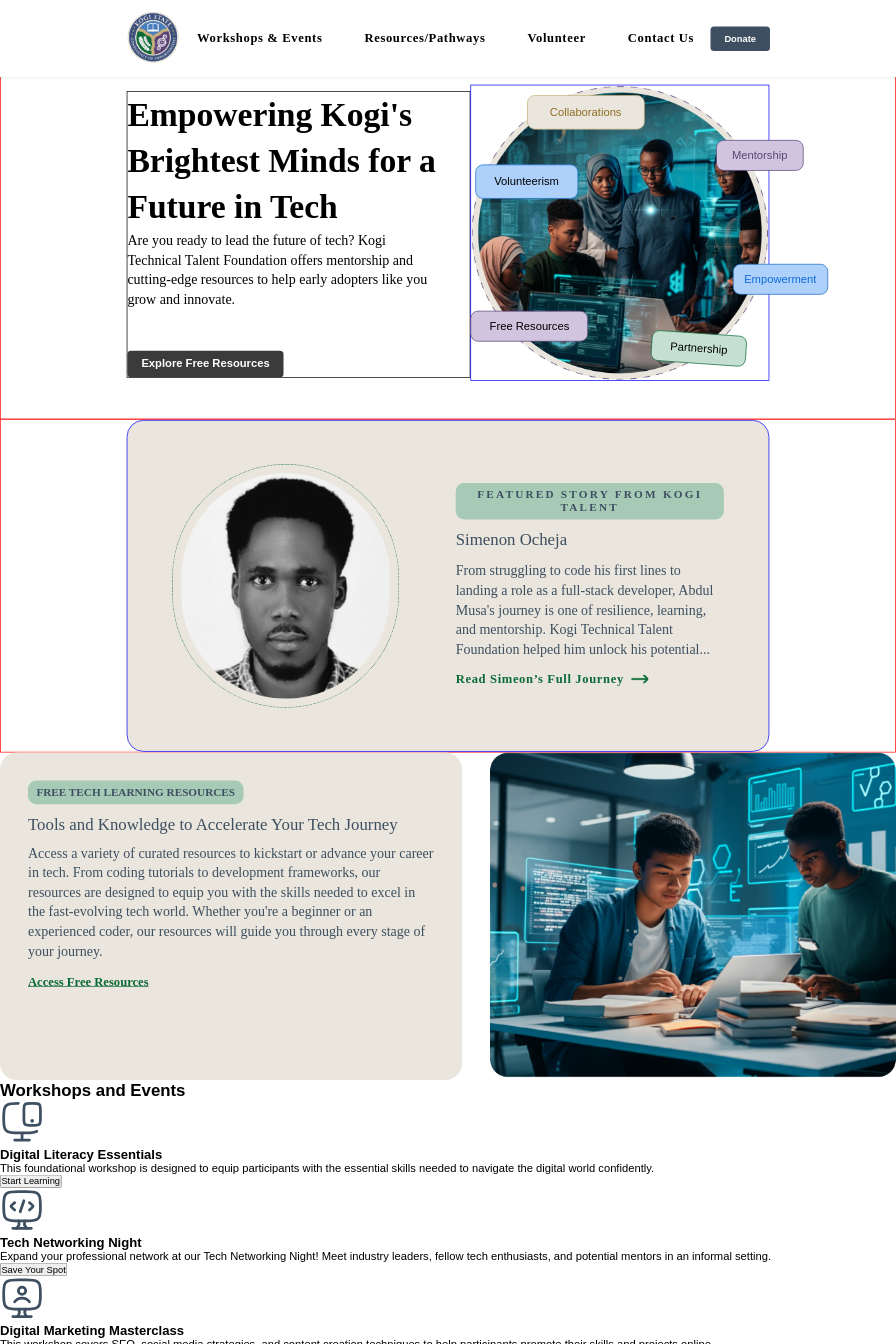
Repository: Cryptim/3MTT-Kogi-Foundation
Page: index.html
An editor plug-in stored every save of this project. The page is shown before and after a run of saves, followed by the edit.
The browser window is 1280 px wide. The pictures show the part of the page from y = 0 to 1920 px (the page is 5055 px tall), at 70% of full size.

Above is the page before, as saved 2024-11-15 01:55:58.

After the next 2 saves:
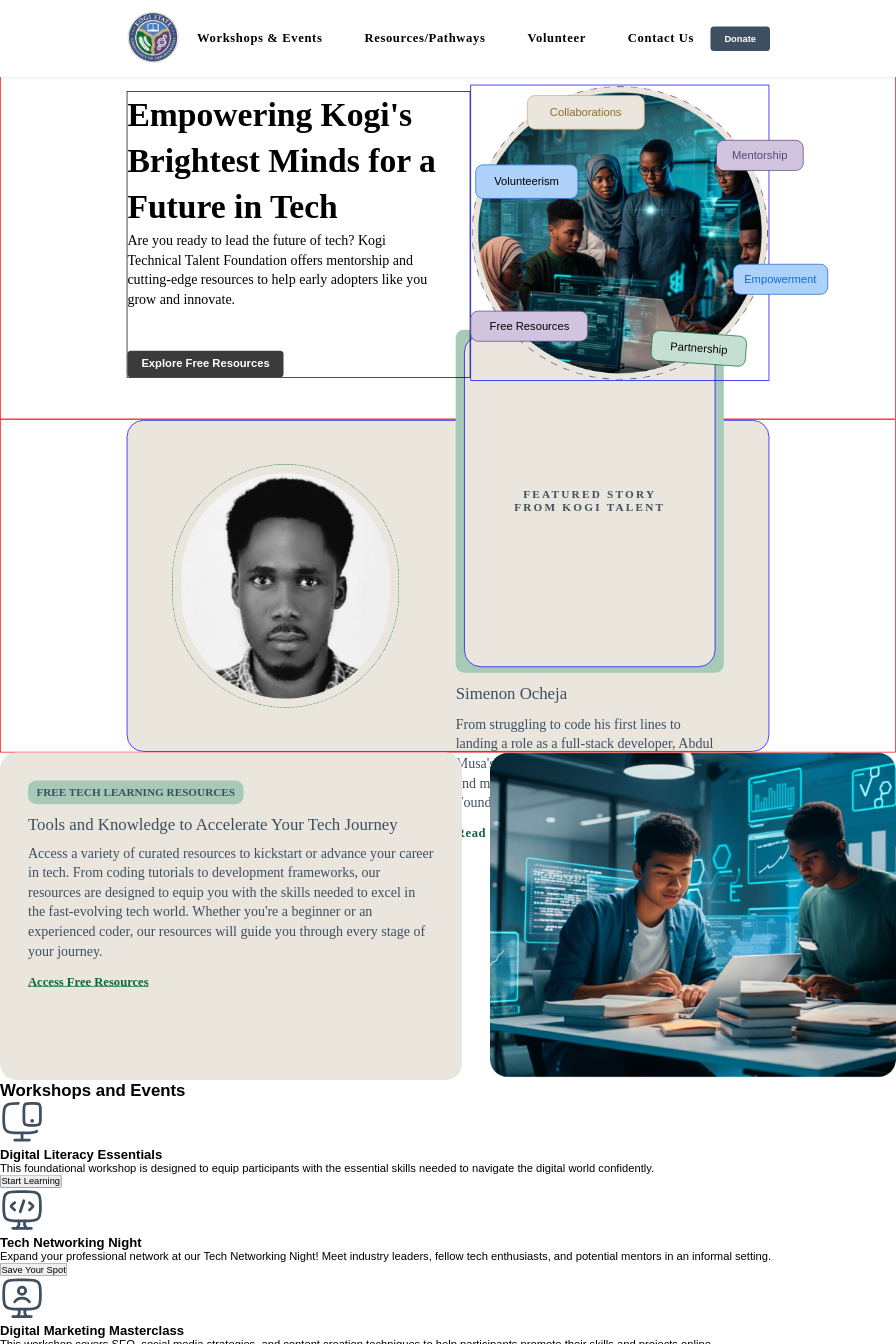
The 2 saves are shown as one change because they came seconds apart.
The last was saved 6 s later.
--- a/index.html
+++ b/index.html
@@ -64,7 +64,7 @@
           <div class="featuredStoryTextContainer"
 
           >
-            <span class=""
+            <span class="featuredStory"
               style="
                 color: #3d4f60;
                 font-size: 16px;

After the save that followed:
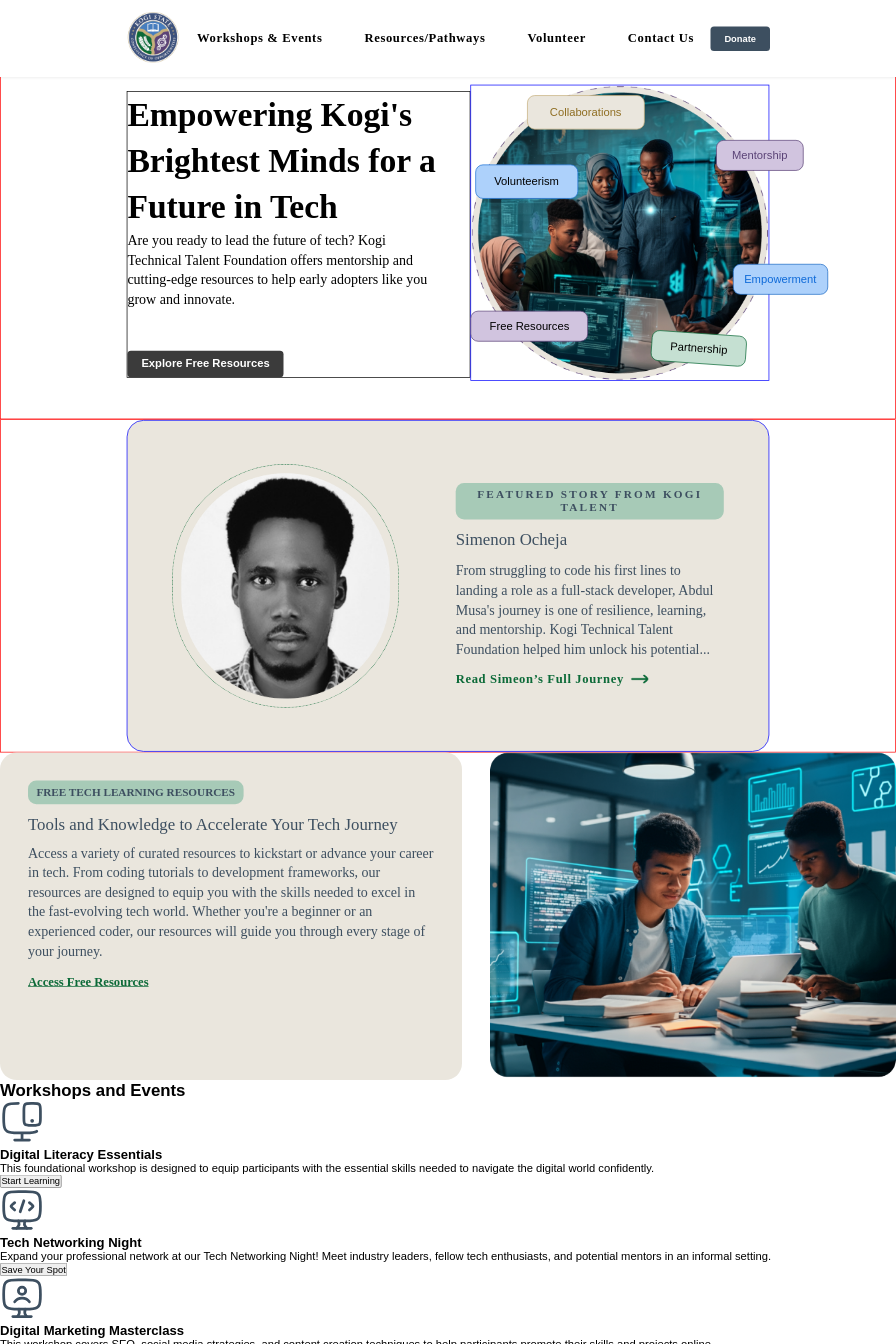
Saved 5 s later.
--- a/index.html
+++ b/index.html
@@ -64,7 +64,7 @@
           <div class="featuredStoryTextContainer"
 
           >
-            <span class="featuredStory"
+            <span class="featuredStoryText"
               style="
                 color: #3d4f60;
                 font-size: 16px;
